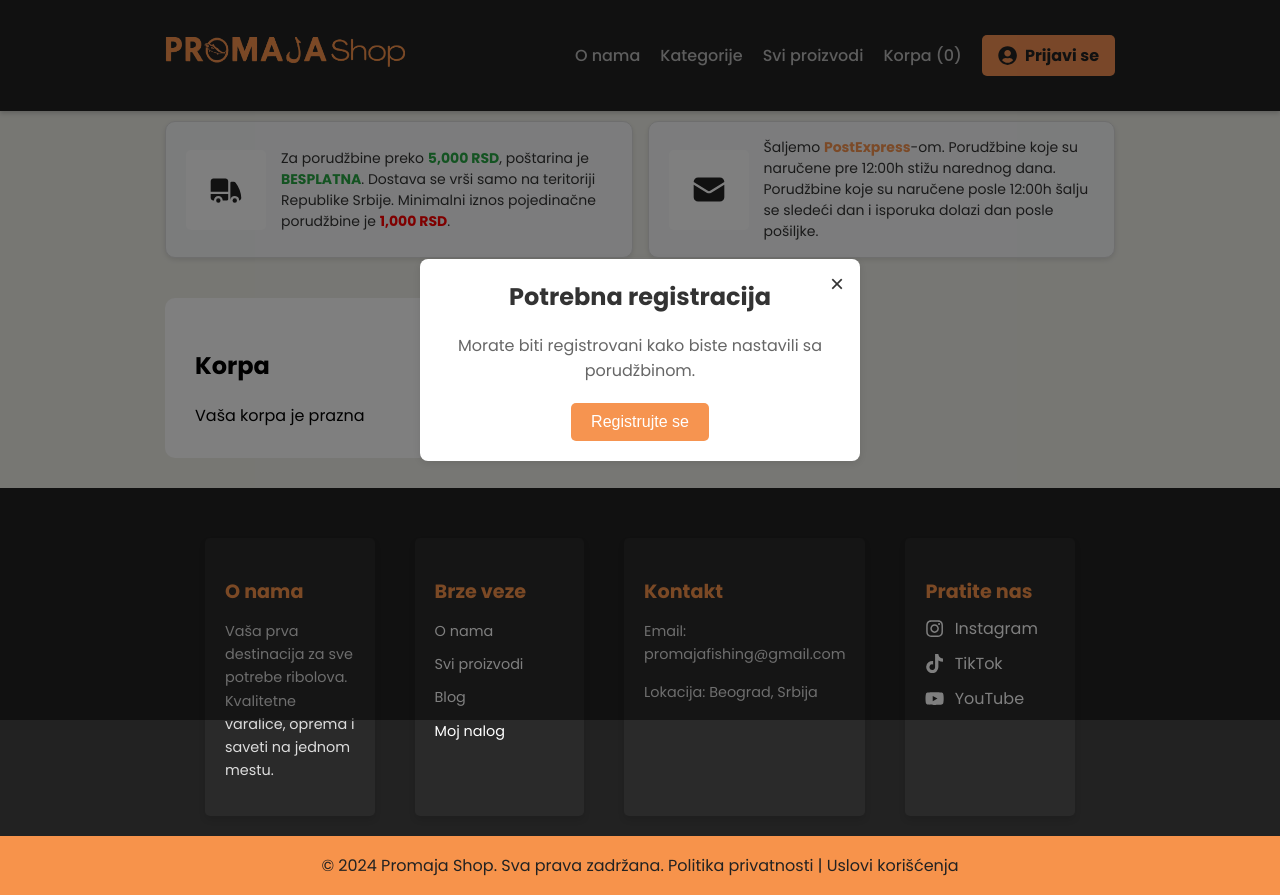
Repository: dimitrijekokovic/PromajaShopFront
Page: /cart
These files come from the project's save history. The page is drawn as it stood at one moment and after the next save; the edit follows.
The browser window is 1280 px wide. The pictures show the whole page.
The page's requests for data from a server got no answer. The project was rebuilt for these pictures with package versions that can differ from the ones it lists, and the page was loaded fresh each time. The framework's server and built-in components were replaced by stand-ins that run in the browser. No one was signed in, and anything a server would have sent is missing. Also part of the build but not shown: next.config.js, next.config.mjs, lib/colors.js, components/Button.js, components/Table.js, components/Input.js.

Above is the page before, as saved 2025-01-22 03:42:53.

After the next save:
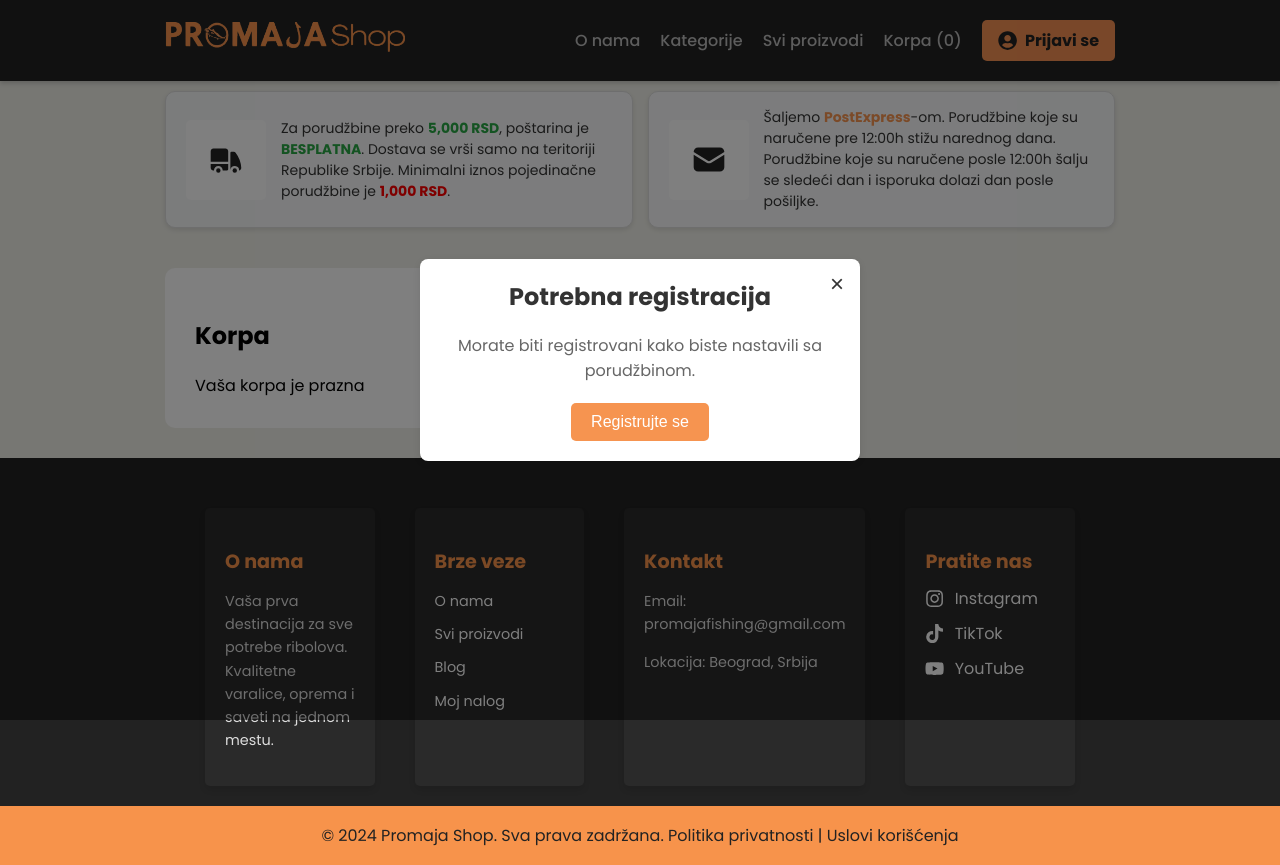
Saved 3 min 27 s later.
--- a/components/Header.js
+++ b/components/Header.js
@@ -10,7 +10,7 @@
 const StyledHeader = styled.header`
   background-color: #222;
   color: #FFA500;
-  padding: 35px 25px;
+  padding: 20px 15px;
   box-shadow: 0 2px 5px rgba(0, 0, 0, 0.2);
 `;
 
@@ -139,7 +139,7 @@
           </HamburgerMenu>
           <StyledNav open={menuOpen}>
             <NavLink href="/aboutus">O nama</NavLink>
-            <CategoriesDropdown />
+            <CategoriesDropdown menuOpen={menuOpen} setMenuOpen={setMenuOpen} />
             <NavLink href="/products">Svi proizvodi</NavLink>
             <NavLink href="/cart">Korpa ({cartProducts?.length || 0})</NavLink>
 

After the save that followed:
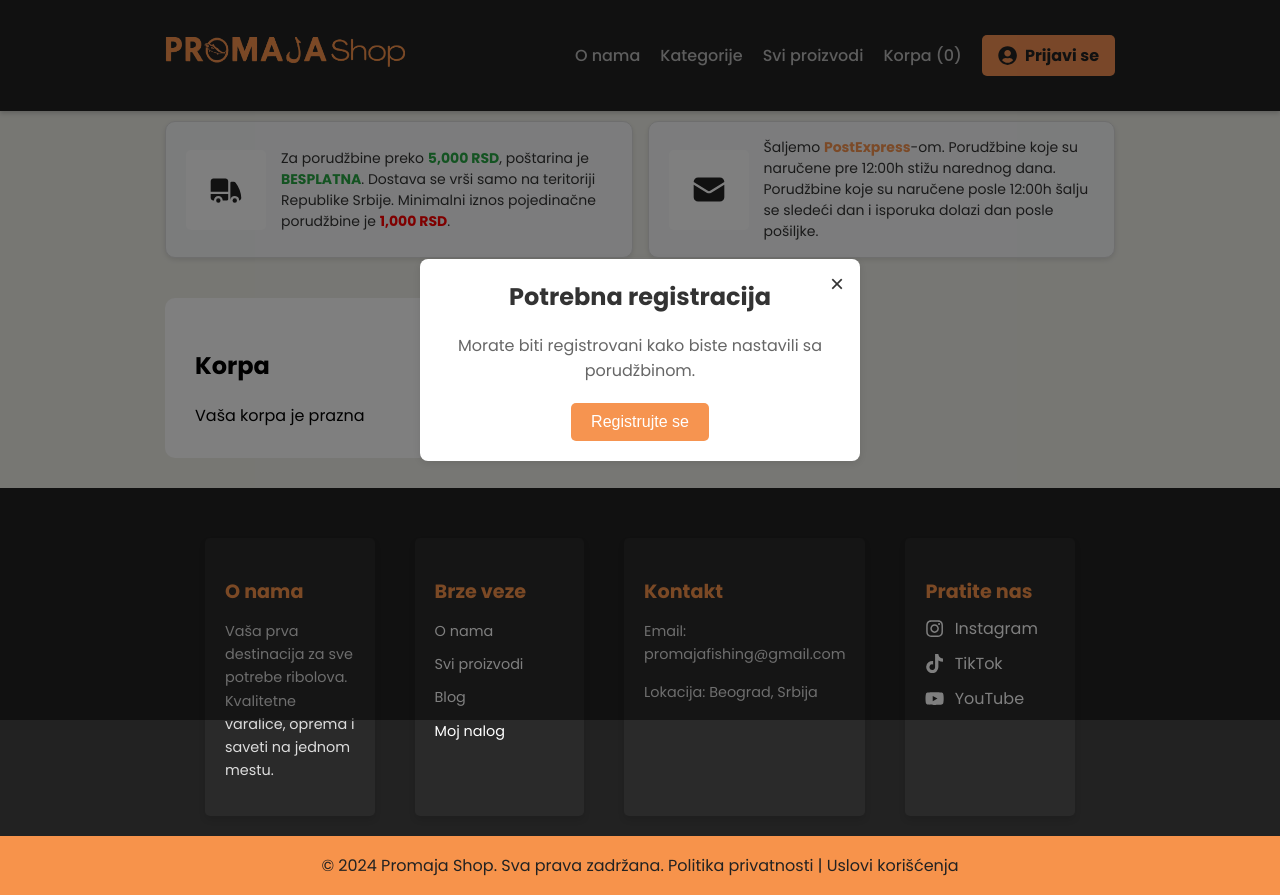
Saved 29 s later.
--- a/components/Header.js
+++ b/components/Header.js
@@ -10,7 +10,7 @@
 const StyledHeader = styled.header`
   background-color: #222;
   color: #FFA500;
-  padding: 20px 15px;
+  padding: 35px 25px;
   box-shadow: 0 2px 5px rgba(0, 0, 0, 0.2);
 `;
 
@@ -139,7 +139,7 @@
           </HamburgerMenu>
           <StyledNav open={menuOpen}>
             <NavLink href="/aboutus">O nama</NavLink>
-            <CategoriesDropdown menuOpen={menuOpen} setMenuOpen={setMenuOpen} />
+            <CategoriesDropdown />
             <NavLink href="/products">Svi proizvodi</NavLink>
             <NavLink href="/cart">Korpa ({cartProducts?.length || 0})</NavLink>
 
